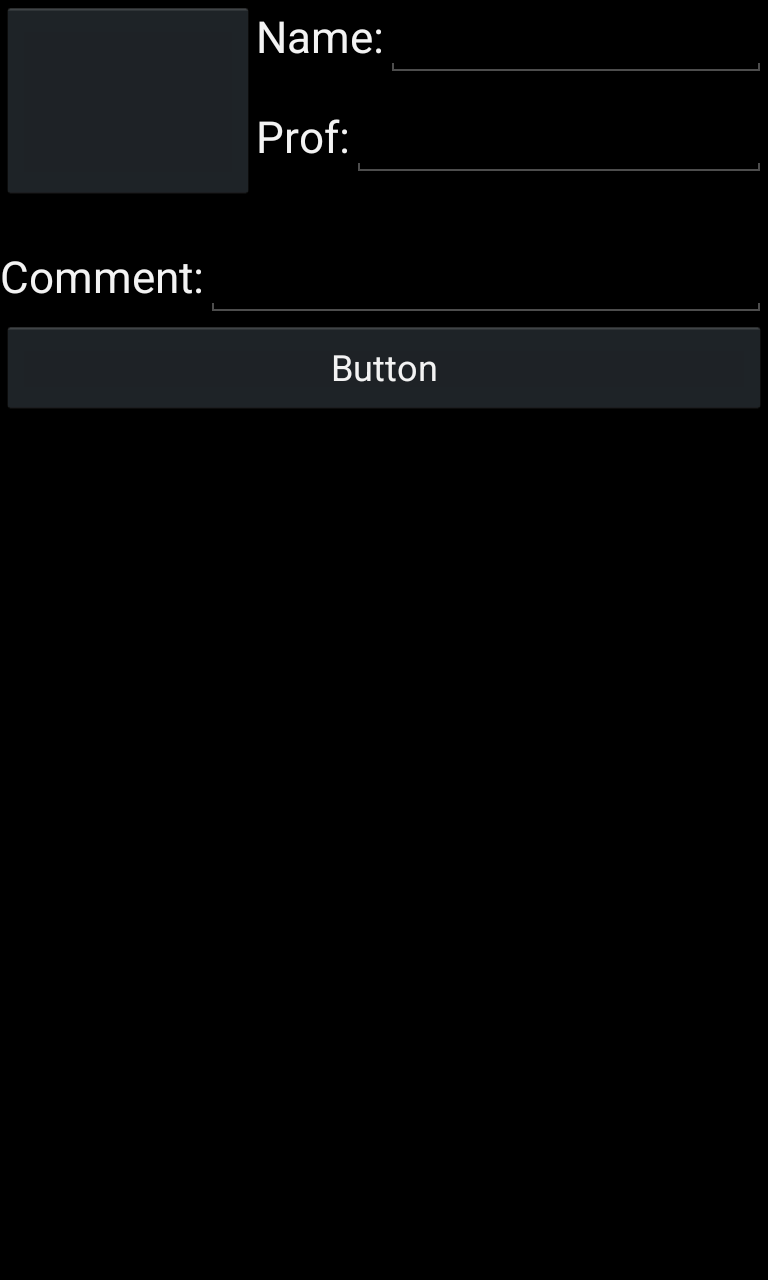
Repository: prayasjain/BunkMonitorApp
Layout: BunkMonitor/res/layout/subject_input.xml
An editor plug-in stored every save of this project. The layout is shown before and after the next save, followed by the edit.
It is drawn on a 768 x 1280 px phone screen (xhdpi) without system bars, with theme android:Theme.Holo; the app's code is not run.

Above is the layout before, as saved 2015-08-05 11:08:56.

After the next save:
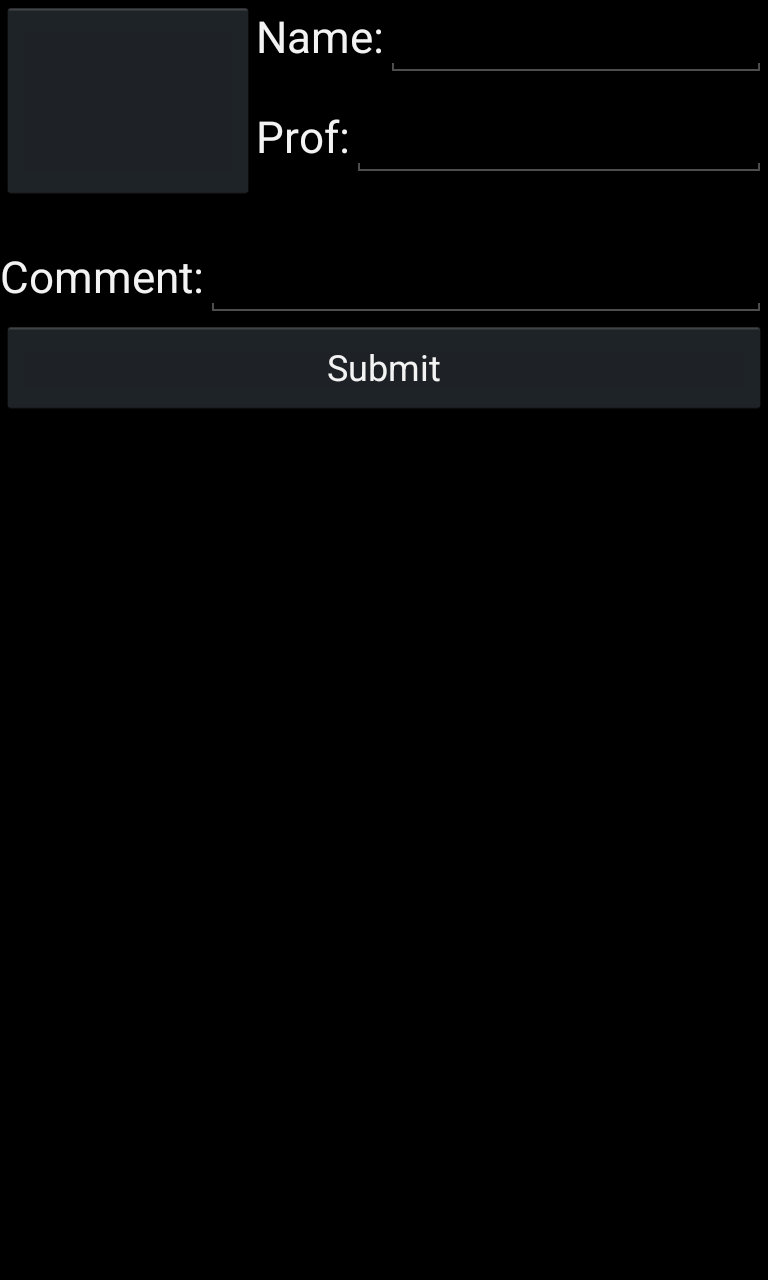
Saved 6 s later.
--- a/BunkMonitor/res/layout/subject_input.xml
+++ b/BunkMonitor/res/layout/subject_input.xml
@@ -87,6 +87,6 @@
         android:id="@+id/bSubmitSubject"
         android:layout_width="match_parent"
         android:layout_height="wrap_content"
-        android:text="Button" />
+        android:text="Submit" />
 
 </LinearLayout>
